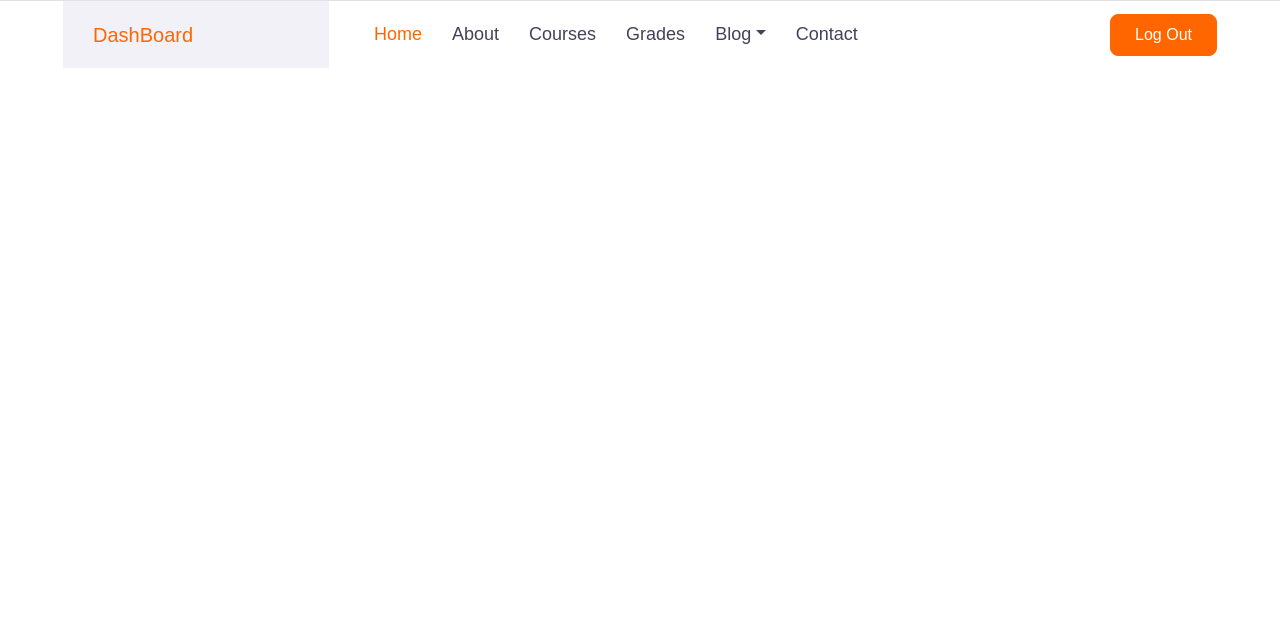
Repository: AlthafBasha-syed/JFSD-PROJECT
Page: http://localhost/GradeBook/studentfiles/top.jsp
The author's editor kept a copy of each file at every save. The page is drawn from the files as they stood at one save, then again after the next save.
The browser window is 1280 px wide. The pictures show the whole page.
The page is served by Tomcat 10. Other server files are loaded and not shown.

Above is the page before, as saved 2023-10-11 08:53:36.

### PROJECTWORKSPACE/GradeBook/src/main/webapp/studentfiles/top.jsp
<%@ page language="java" contentType="text/html; charset=UTF-8"
    pageEncoding="UTF-8"%>
<!DOCTYPE html>
<html>
<head>
<meta charset="UTF-8">
<title>Insert title here</title>
</head>
<body>
    <link rel="stylesheet" type="text/css" href="/cssfiles/style.css">
    <!-- Navbar Start -->
    <div class="container-fluid">
        <div class="row border-top px-xl-5">
            <div class="col-lg-3 d-none d-lg-block">
                <a class="d-flex align-items-center justify-content-between bg-secondary w-100 text-decoration-none" data-toggle="collapse" href="#navbar-vertical" style="height: 67px; padding: 0 30px;">
                    <h5 class="text-primary m-0">DashBoard</h5>
                    <i class="fa fa-angle-down text-primary"></i>
                </a>
                <nav class="collapse position-absolute navbar navbar-vertical navbar-light align-items-start p-0 border border-top-0 border-bottom-0 bg-light" id="navbar-vertical" style="width: calc(100% - 30px); z-index: 9;">
                    <div class="navbar-nav w-100">
                        <div class="nav-item dropdown">
                            <a href="profile.html" class="nav-item nav-link">My Profile</a>

                        </div>
                        <a href="" class="nav-item nav-link">My CGPA</a>
                        <a href="" class="nav-item nav-link">Marketing</a>
                        <a href="" class="nav-item nav-link">Research</a>
                        <a href="changepassword.html" class="nav-item nav-link">Settings</a>
                    </div>
                </nav>
            </div>
            <div class="col-lg-9">
                <nav class="navbar navbar-expand-lg bg-light navbar-light py-3 py-lg-0 px-0">
                    <a href="" class="text-decoration-none d-block d-lg-none">
                        <h1 class="m-0"><span class="text-primary">E</span>COURSES</h1>
                    </a>
                    <button type="button" class="navbar-toggler" data-toggle="collapse" data-target="#navbarCollapse">
                        <span class="navbar-toggler-icon"></span>
                    </button>
                    <div class="collapse navbar-collapse justify-content-between" id="navbarCollapse">
                        <div class="navbar-nav py-0">
                            <a href="index.html" class="nav-item nav-link active">Home</a>
                            <a href="about.html" class="nav-item nav-link">About</a>
                            <a href="course.html" class="nav-item nav-link">Courses</a>
                            <a href="GradeBook.html" class="nav-item nav-link">Grades</a>
                            <div class="nav-item dropdown">
                                <a href="#" class="nav-link dropdown-toggle" data-toggle="dropdown">Blog</a>
                                <div class="dropdown-menu rounded-0 m-0">
                                    <a href="blog.html" class="dropdown-item">Blog List</a>
                                    <a href="single.html" class="dropdown-item">Blog Detail</a>
                                </div>
                            </div>
                            <a href="contact.html" class="nav-item nav-link">Contact</a>
                        </div>
                        <a class="btn btn-primary py-2 px-4 ml-auto d-none d-lg-block" href="login.html">Log Out</a>
                    </div>
                </nav>
            </div>
        </div>
    </div>
    <!-- Navbar End -->
</body>
</html>

Loaded but not shown: PROJECTWORKSPACE/GradeBook/src/main/webapp/cssfiles/style.css (library)

After the next save:
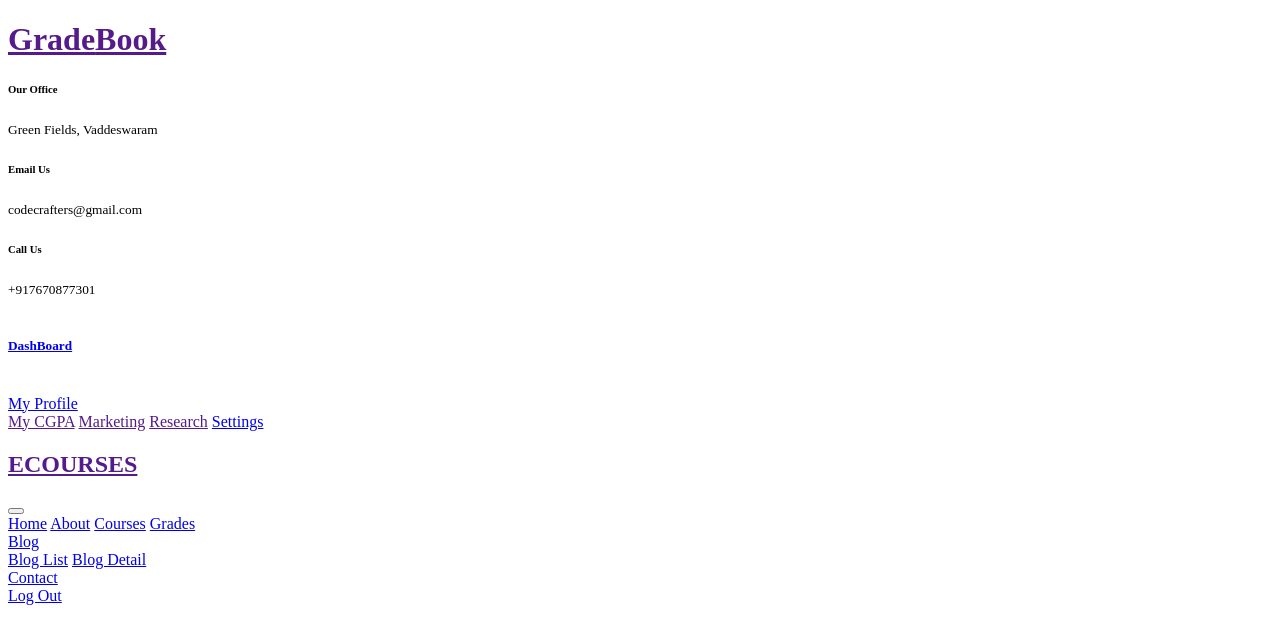
Saved 2 min 1 s later.
--- a/PROJECTWORKSPACE/GradeBook/src/main/webapp/studentfiles/top.jsp
+++ b/PROJECTWORKSPACE/GradeBook/src/main/webapp/studentfiles/top.jsp
@@ -7,7 +7,47 @@
 <title>Insert title here</title>
 </head>
 <body>
-    <link rel="stylesheet" type="text/css" href="/cssfiles/style.css">
+    <!-- Topbar Start -->
+    <div class="container-fluid d-none d-lg-block">
+        <div class="row align-items-center py-4 px-xl-5">
+            <div class="col-lg-3">
+                <a href="" class="text-decoration-none">
+                    <h1 class="m-0"><span class="text-primary"> <i class="fa fa-book-open mr-2" ></i>Grade</span>Book</h1>
+                </a>
+            </div>
+            <div class="col-lg-3 text-right">
+                <div class="d-inline-flex align-items-center">
+                    <i class="fa fa-2x fa-map-marker-alt text-primary mr-3"></i>
+                    <div class="text-left">
+                        <h6 class="font-weight-semi-bold mb-1">Our Office</h6>
+                        <small>Green Fields, Vaddeswaram</small>
+                    </div>
+                </div>
+            </div>
+            <div class="col-lg-3 text-right">
+                <div class="d-inline-flex align-items-center">
+                    <i class="fa fa-2x fa-envelope text-primary mr-3"></i>
+                    <div class="text-left">
+                        <h6 class="font-weight-semi-bold mb-1">Email Us</h6>
+                        <small>codecrafters@gmail.com</small>
+                    </div>
+                </div>
+            </div>
+            <div class="col-lg-3 text-right">
+                <div class="d-inline-flex align-items-center">
+                    <i class="fa fa-2x fa-phone text-primary mr-3"></i>
+                    <div class="text-left">
+                        <h6 class="font-weight-semi-bold mb-1">Call Us</h6>
+                        <small>+917670877301</small>
+                    </div>
+                </div>
+            </div>
+        </div>
+    </div>
+    <!-- Topbar End -->
+
+
+
     <!-- Navbar Start -->
     <div class="container-fluid">
         <div class="row border-top px-xl-5">
